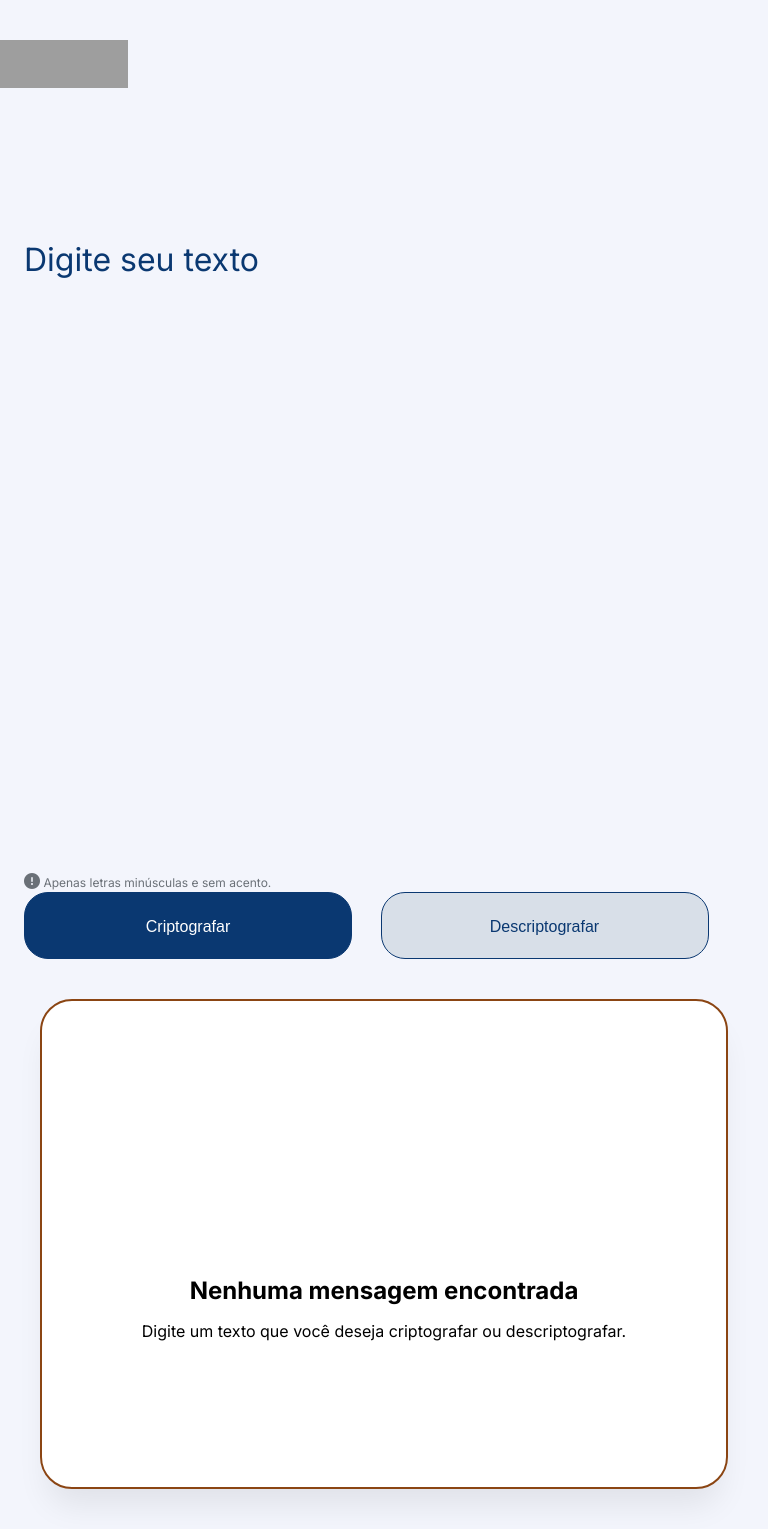
Repository: CarlosEduardoVdeOliveira/descodificador-de-texto
Page: index.html
An editor plug-in stored every save of this project. The page is shown before and after the next save, followed by the edit.
The browser window is 768 px wide. The pictures show the whole page.
Pictures or frames that could not be fetched are drawn as grey boxes.

Above is the page before, as saved 2023-04-13 08:22:36.

### index.html
<!DOCTYPE html>
<html lang="en">
<head>
   <meta charset="UTF-8">
   <link rel="preconnect" href="https://fonts.googleapis.com">
   <link rel="preconnect" href="https://fonts.gstatic.com" crossorigin>
   <meta http-equiv="X-UA-Compatible" content="IE=edge">
   <meta name="viewport" content="width=device-width, initial-scale=1.0">
   <link href="https://fonts.googleapis.com/css2?family=Inter:wght@400;700&display=swap" rel="stylesheet">
   <link rel="stylesheet" href="https://cdnjs.cloudflare.com/ajax/libs/font-awesome/6.4.0/css/all.min.css" integrity="sha512-iecdLmaskl7CVkqkXNQ/ZH/XLlvWZOJyj7Yy7tcenmpD1ypASozpmT/E0iPtmFIB46ZmdtAc9eNBvH0H/ZpiBw==" crossorigin="anonymous" referrerpolicy="no-referrer" />
   <link rel="stylesheet" href="/public/styles/reset.css">
   <link rel="stylesheet" href="/public/styles/index.css">
   <link rel="stylesheet" href="/public/styles/tablet.css">
   <title>Decodificador</title>
</head>
<body>
   <main>
      <img src="/public/images/imageLogo.png"
         alt="letra a da logo da escola de programação Alura">
      <div class="frist-area">
         <textarea class="textarea-input" placeholder="Digite seu texto" autofocus></textarea>
         <div class="info">
            <span>
               <i class="fa-solid fa-circle-exclamation"></i>
               Apenas letras minúsculas e sem acento.
            </span>
            <div>
               <button class="button-cryptography">Criptografar</button>
               <button class="button-decryption">Descriptografar</button>
            </div>
         </div>
      </div>
      <div class="text-cryption">
         <img src="/public/images/imageHighLight.svg" alt="">
         <div>
            <h2>Nenhuma mensagem encontrada</h2>
            <p>
               Digite um texto que você deseja criptografar ou descriptografar.
            </p>
         </div>
      </div>
   </main>
   <script src="/public/scripts/index.js"></script>
</body>
</html>

### public/styles/reset.css
:root{
   --light-gray: #D8DFE8;
   --gray-100: #CED4DA;
   --gray-200: #ADB5BD;
   --gray-300: #868E96;
   --gray-400: #495057;
   --gray-500: #343A40;
   --light-blue-100: #F3F5FC;
   --light-blue-200: #EFF1FA;
   --light-blue-300: #E9ECF8;
   --light-blue-400: #AAB2D5;
   --light-blue-500: #757FB2;
   --dark-blue-100: #609ED4;
   --dark-blue-200: #356EA9;
   --dark-blue-300: #0A3871;
   --dark-blue-400: #072B61;
   --dark-blue-500: #052051;
}
*{
   margin: 0;
   padding: 0;
   box-sizing: border-box;
}

html{
   font-family:  'Inter', sans-serif;
   font-size: 1rem;
}

### public/styles/index.css
/* header{
   width: 100%;
   height: 2.5rem;
} */
body{
   background-color: var(--light-blue-100);
}
img{
   width: 8rem;
   height: 3rem;
   margin-top: 2.5rem;
}
main {
   display: flex;
   justify-content: space-around;
   align-items: self-start;
   margin: 0 auto;
}
.frist-area{
   display: flex;
   flex-direction: column;
   margin-top: 7.5rem;
}
textarea.textarea-input{
   width: 42.5rem;
   height: 39.68rem;
   font-family: 'Inter';
   font-size: 32px;
   line-height: 150%;
   background-color: var(--light-blue-100);
   color: var(--dark-blue-300);
   border: none;
   resize: none;
   margin-bottom: 1.5rem;
   padding: 1.5rem;
}
textarea.textarea-input:focus{
   outline: 0;
}

textarea.textarea-input::placeholder{
   color: var(--dark-blue-300);
}

i{
   color: var(--gray-400);
   font-size: 1rem;
}
span{
   font-size: 12px;
   color: var(--gray-400);
   line-height: 150%;
   opacity: 0.8;
   margin-bottom: 1rem;
}
button{
   padding: 1.5rem;
   gap: .5rem;
   width: 328px;
   height: 67px;
   border-radius: 1.5rem;
   cursor: pointer;
   font-size: 1rem;
   line-height: 19px;
   border: 1px solid var(--dark-blue-300);
   transition: all .2s;
}
.button-cryptography{
   background-color: var(--dark-blue-300);
   color: white;
   margin-right: 1.5rem;
}
.button-cryptography:hover{
   background-color: var(--dark-blue-400);
}
.button-decryption{
   background: var(--light-gray);
   color: var(--dark-blue-300);
}
.button-decryption:hover{
   background-color: var(--light-blue-200);
}
.text-cryption{
   width: 25rem;
   margin: 2.5rem;
   padding: 15.188rem 2rem;
   text-align: center;
   background-color: white;
   /* shadow */
   box-shadow: 0px 24px 32px -8px rgba(0, 0, 0, 0.08);
   border-radius: 32px;
}
.text-cryption div{
   display: flex;
   flex-direction: column;

   margin-top: 2rem;
   padding: 0px;
   gap: 16px;
}
.text-cryption img{
   width: 21rem;
   height: 19rem;
}

.format-text-cryption{
   /* padding: 2rem;
   position: relative; */

}

.button-copy-cryption{
   background-color: white;
}
.button-copy-cryption:hover{
   background-color: var(--light-blue-200);
}

### public/styles/tablet.css
@media (max-width: 768px) {
   main{
      display: block;
   }
   .info{
      margin-left: 1.5rem;
   }
   .text-cryption{
      width: 43rem;
      height: 8.313rem;
      border: 2px solid saddlebrown;
   }
   .text-cryption img{
      display: none;
      padding: 2rem;
   }
}

### public/scripts/index.js
const elementTextarea = document.querySelector("textarea.textarea-input");
const areaCryption = document.querySelector(".text-cryption");
const buttonCryptography = document.querySelector(".button-cryptography");
const buttonDecryption = document.querySelector(".button-decryption");


function alterTextCryptionArea(){
   areaCryption.classList.remove('text-cryption')
   areaCryption.innerHTML = `
      <p>${elementTextarea.value}</p>
      <button class="button-copy-cryption">Copiar</button>
   `;
}
/*
function copyText(){
   const text = document.querySelector("format-text-cryption")
   text.select();
   document.execCommand('copy');
} */
/* document.querySelector("button-copy-cryption").onclick = copyText */
buttonCryptography.onclick = alterTextCryptionArea
buttonDecryption.onclick = alterTextCryptionArea

After the next save:
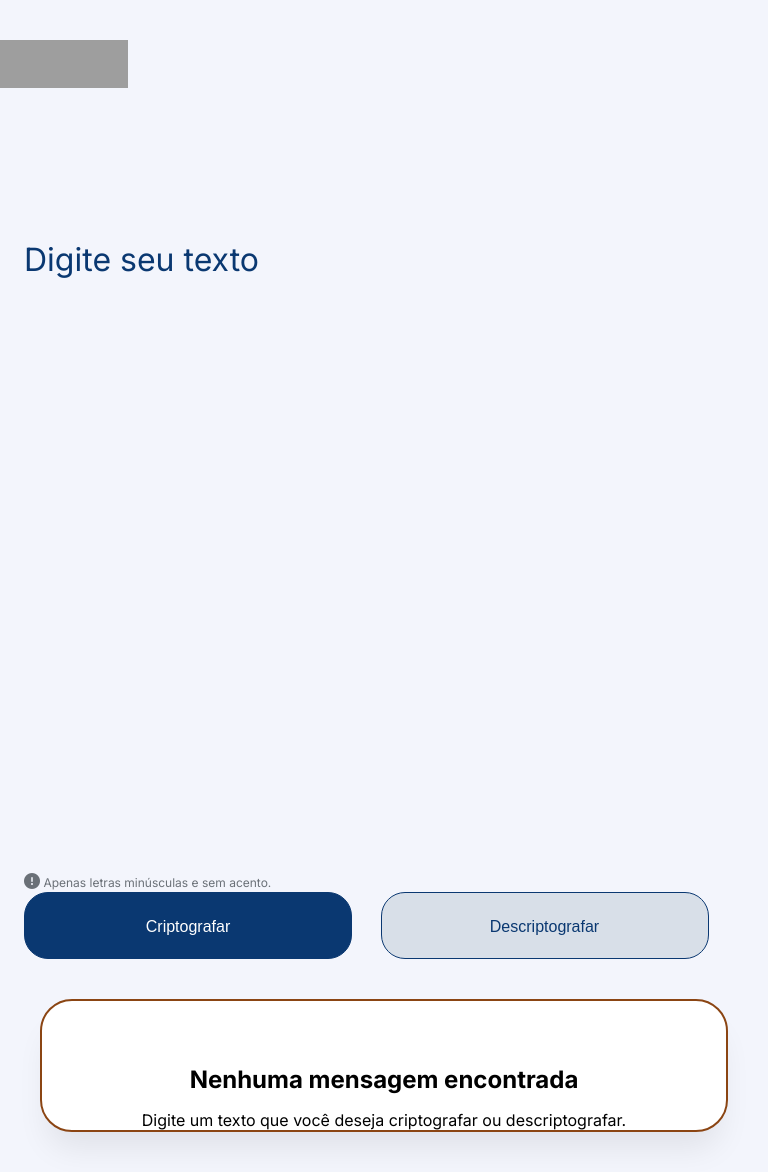
Saved 32 s later.
--- a/public/styles/tablet.css
+++ b/public/styles/tablet.css
@@ -9,9 +9,9 @@
       width: 43rem;
       height: 8.313rem;
       border: 2px solid saddlebrown;
+      padding: 2rem;
    }
    .text-cryption img{
       display: none;
-      padding: 2rem;
    }
 }
